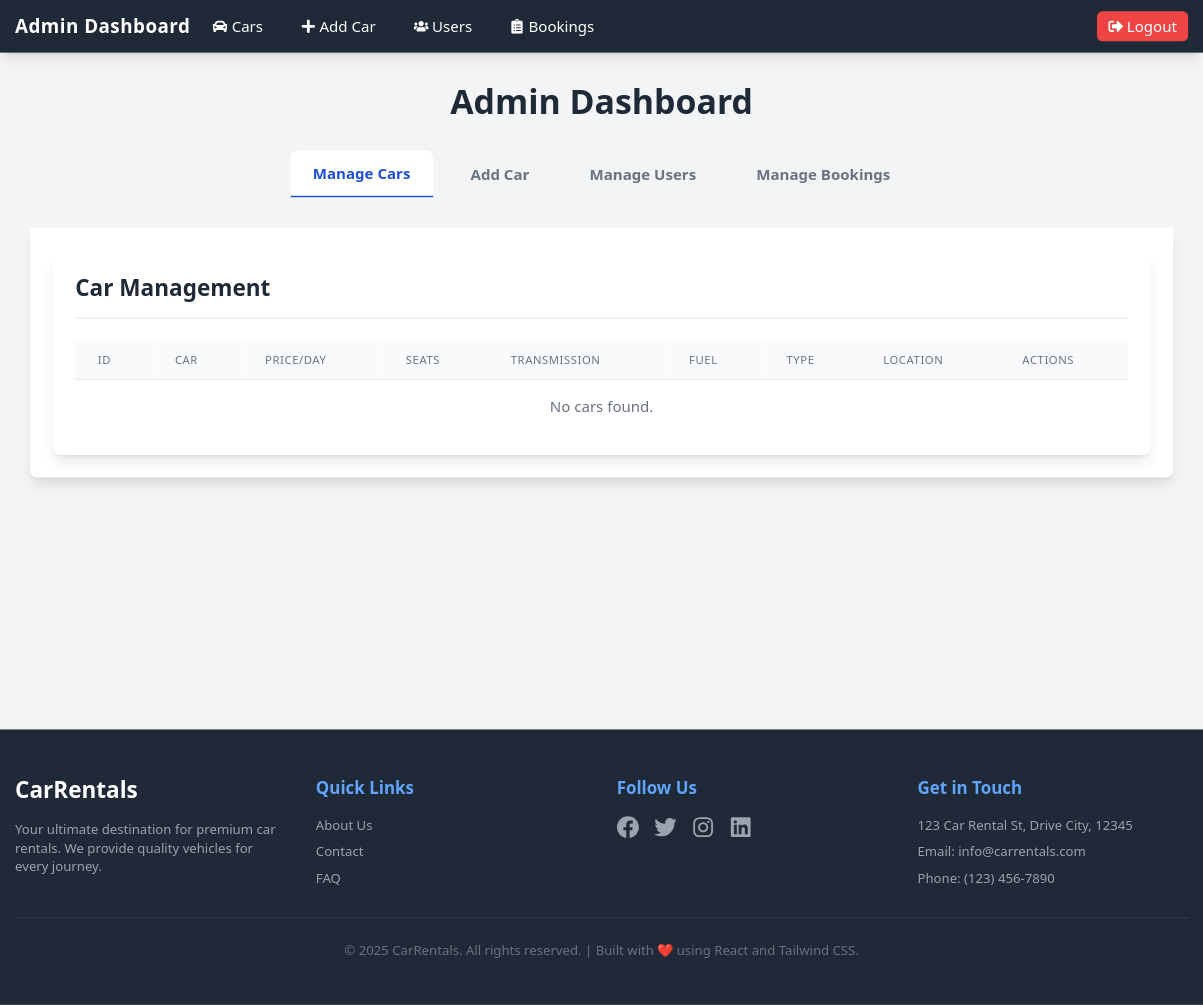
Repository: Daehy-peels/car-rental-app
Page: /admin (app in client/)
These files come from the project's save history. The page is drawn as it stood at one moment and after the next save; the edit follows.
The browser window is 1280 px wide. The pictures show the whole page, at 94% of full size.
The page's requests for data from a server got no answer. The project was rebuilt for these pictures with package versions that can differ from the ones it lists, and the page was loaded fresh each time. No one was signed in, and anything a server would have sent is missing. Also part of the build but not shown: client/vite.config.js, client/src/components/Hero.jsx, client/src/components/CarCard.jsx, client/src/components/FeaturedCars.jsx, client/src/components/Testimonials.jsx, client/src/components/CallToAction.jsx, client/src/pages/HomePage.jsx, client/src/components/UserList.jsx and 14 more.

Above is the page before, as saved 2025-08-25 12:37:50.

### client/src/main.jsx
// src/main.jsx
import React from "react";
import ReactDOM from "react-dom/client";
import App from "./App.jsx";
import { BrowserRouter } from "react-router-dom";

ReactDOM.createRoot(document.getElementById("root")).render(
  <React.StrictMode>
    <BrowserRouter>
      <App />
    </BrowserRouter>
  </React.StrictMode>
);

### client/src/App.jsx
// src/App.jsx
import React, { useState } from "react";
import { Routes, Route, useLocation } from "react-router-dom";
import HomePage from "./pages/HomePage";
import AdminDashboard from "./pages/AdminDashboard";
import BookingPage from "./pages/BookingPage";
import CarsPage from "./pages/CarsPage";
import ProfilePage from "./pages/ProfilePage";
import BookingDetailPage from "./pages/BookingDetailPage";
import CarDetailPage from "./pages/CarDetailPage";
import Navbar from "./components/Navbar";
import AdminNavbar from "./components/AdminNavbar";
import Footer from "./components/Footer";
import Modal from "./components/Modal";
import LoginForm from "./components/LoginForm";
import RegisterForm from "./components/RegisterForm";
import mainCarImage from "./assets/hero.jpg";
import { ToastContainer } from "react-toastify";
import "react-toastify/dist/ReactToastify.css";
import "./index.css";
// Import admin-specific components
import CarList from "./components/CarList";
import UserList from "./components/UserList";
import AddCarForm from "./components/AddCarForm";
import BookingList from "./components/BookingList";

function App() {
  const [showAuthModal, setShowAuthModal] = useState(false);
  const [isLoginView, setIsLoginView] = useState(true);
  const [currentUser, setCurrentUser] = useState(null);
  const location = useLocation();

  const isAdminRoute = location.pathname.startsWith("/admin");

  const handleOpenAuthModal = () => {
    setShowAuthModal(true);
  };

  const handleCloseAuthModal = () => {
    setShowAuthModal(false);
  };

  const handleLoginSuccess = (user) => {
    setCurrentUser(user);
    setShowAuthModal(false);
  };

  const handleRegistrationSuccess = (user) => {
    setIsLoginView(true);
  };

  const handleLogout = () => {
    setCurrentUser(null);
  };

  return (
    <div className="flex flex-col min-h-screen bg-background">
      {isAdminRoute ? (
        <AdminNavbar currentUser={currentUser} onLogout={handleLogout} />
      ) : (
        <Navbar
          onAuthClick={handleOpenAuthModal}
          currentUser={currentUser}
          onLogout={handleLogout}
        />
      )}
      <div className="flex-grow">
        <Routes>
          <Route
            path="/"
            element={
              <HomePage
                onAuthClick={handleOpenAuthModal}
                currentUser={currentUser}
              />
            }
          />
          <Route
            path="/cars"
            element={
              <CarsPage
                onAuthClick={handleOpenAuthModal}
                currentUser={currentUser}
              />
            }
          />
          <Route
            path="/cars/:carId"
            element={
              <CarDetailPage
                onAuthClick={handleOpenAuthModal}
                currentUser={currentUser}
              />
            }
          />
          <Route
            path="/book/:carId"
            element={<BookingPage currentUser={currentUser} />}
          />
          <Route
            path="/profile"
            element={
              <ProfilePage
                currentUser={currentUser}
                setCurrentUser={setCurrentUser}
              />
            }
          />
          <Route
            path="/profile/bookings/:bookingId"
            element={<BookingDetailPage currentUser={currentUser} />}
          />
          {/* Admin Routes with nested structure */}
          <Route path="/admin" element={<AdminDashboard />}>
            <Route index element={<CarList />} />{" "}
            {/* Default content for /admin */}
            <Route path="cars" element={<CarList />} />
            <Route path="add-car" element={<AddCarForm />} />
            <Route path="users" element={<UserList />} />
            <Route path="bookings" element={<BookingList />} />
          </Route>
        </Routes>
      </div>
      <Footer />
      {showAuthModal && (
        <Modal onClose={handleCloseAuthModal}>
          <div className="flex flex-col md:flex-row bg-white rounded-lg overflow-hidden">
            <div className="p-8 md:p-10 w-full md:w-1/2 flex items-center justify-center">
              <div className="max-w-md mx-auto">
                <h1 className="text-3xl font-bold text-text mb-6 text-center">
                  {isLoginView ? "Log In" : "Create an Account"}
                </h1>
                {isLoginView ? (
                  <LoginForm onLoginSuccess={handleLoginSuccess} />
                ) : (
                  <RegisterForm
                    onRegistrationSuccess={handleRegistrationSuccess}
                  />
                )}
                <div className="text-center mt-6">
                  <button
                    onClick={() => setIsLoginView(!isLoginView)}
                    className="text-primary hover:underline"
                  >
                    {isLoginView
                      ? "Need an account? Register here."
                      : "Already have an account? Log in here."}
                  </button>
                </div>
              </div>
            </div>
            <div className="hidden md:block md:w-1/2">
              <img
                src={mainCarImage}
                alt="A stylish car"
                className="object-cover w-full h-full"
              />
            </div>
          </div>
        </Modal>
      )}
      <ToastContainer
        position="top-center"
        autoClose={3000}
        hideProgressBar={false}
        newestOnTop={false}
        closeOnClick
        rtl={false}
        pauseOnFocusLoss
        draggable
        pauseOnHover
      />
    </div>
  );
}

export default App;

### client/src/pages/AdminDashboard.jsx
// src/pages/AdminDashboard.jsx
import React, { useState } from "react";
import UserList from "../components/UserList";
import CarList from "../components/CarList";
import AddCarForm from "../components/AddCarForm";
import BookingList from "../components/BookingList"; // Import the new component

const AdminDashboard = () => {
  const [activeTab, setActiveTab] = useState("cars");

  const renderContent = () => {
    switch (activeTab) {
      case "cars":
        return <CarList />;
      case "addCar":
        return <AddCarForm />;
      case "users":
        return <UserList />;
      case "bookings": // New case for bookings
        return <BookingList />;
      default:
        return null;
    }
  };

  return (
    <div className="bg-gray-100 min-h-screen p-8">
      <div className="container mx-auto">
        <h1 className="text-4xl font-bold text-center text-gray-800 mb-8">
          Admin Dashboard
        </h1>

        {/* Tab Navigation */}
        <div className="flex justify-center space-x-4 mb-8">
          <button
            onClick={() => setActiveTab("cars")}
            className={`py-3 px-6 rounded-t-lg font-semibold transition-colors ${
              activeTab === "cars"
                ? "bg-white text-primary border-b-2 border-primary"
                : "text-gray-500 hover:text-gray-700"
            }`}
          >
            Manage Cars
          </button>
          <button
            onClick={() => setActiveTab("addCar")}
            className={`py-3 px-6 rounded-t-lg font-semibold transition-colors ${
              activeTab === "addCar"
                ? "bg-white text-primary border-b-2 border-primary"
                : "text-gray-500 hover:text-gray-700"
            }`}
          >
            Add Car
          </button>
          <button
            onClick={() => setActiveTab("users")}
            className={`py-3 px-6 rounded-t-lg font-semibold transition-colors ${
              activeTab === "users"
                ? "bg-white text-primary border-b-2 border-primary"
                : "text-gray-500 hover:text-gray-700"
            }`}
          >
            Manage Users
          </button>
          <button
            onClick={() => setActiveTab("bookings")} // New button for bookings
            className={`py-3 px-6 rounded-t-lg font-semibold transition-colors ${
              activeTab === "bookings"
                ? "bg-white text-primary border-b-2 border-primary"
                : "text-gray-500 hover:text-gray-700"
            }`}
          >
            Manage Bookings
          </button>
        </div>

        {/* Content based on active tab */}
        <div className="bg-white rounded-b-lg shadow-lg p-6">
          {renderContent()}
        </div>
      </div>
    </div>
  );
};

export default AdminDashboard;

### client/src/components/AdminNavbar.jsx
// src/components/AdminNavbar.jsx
import React from "react";
import { Link, NavLink } from "react-router-dom";
import {
  FaCar,
  FaUsers,
  FaClipboardList,
  FaSignOutAlt,
  FaPlus,
} from "react-icons/fa";

const AdminNavbar = ({ currentUser, onLogout }) => {
  return (
    <nav className="bg-gray-800 text-white shadow-lg sticky top-0 z-50">
      <div className="container mx-auto px-4 py-3 flex justify-between items-center">
        <div className="flex items-center space-x-4">
          <Link
            to="/admin"
            className="text-xl font-bold tracking-wide hover:text-primary transition-colors"
          >
            Admin Dashboard
          </Link>
          <div className="hidden md:flex items-center space-x-6">
            <NavLink
              to="/admin/cars"
              className={({ isActive }) =>
                `flex items-center space-x-1 py-1 px-2 rounded-md transition-colors ${
                  isActive
                    ? "bg-gray-700 text-primary"
                    : "text-white hover:bg-gray-700"
                }`
              }
            >
              <FaCar />
              <span>Cars</span>
            </NavLink>
            <NavLink
              to="/admin/add-car" // New link for adding cars
              className={({ isActive }) =>
                `flex items-center space-x-1 py-1 px-2 rounded-md transition-colors ${
                  isActive
                    ? "bg-gray-700 text-primary"
                    : "text-white hover:bg-gray-700"
                }`
              }
            >
              <FaPlus />
              <span>Add Car</span>
            </NavLink>
            <NavLink
              to="/admin/users"
              className={({ isActive }) =>
                `flex items-center space-x-1 py-1 px-2 rounded-md transition-colors ${
                  isActive
                    ? "bg-gray-700 text-primary"
                    : "text-white hover:bg-gray-700"
                }`
              }
            >
              <FaUsers />
              <span>Users</span>
            </NavLink>
            <NavLink
              to="/admin/bookings"
              className={({ isActive }) =>
                `flex items-center space-x-1 py-1 px-2 rounded-md transition-colors ${
                  isActive
                    ? "bg-gray-700 text-primary"
                    : "text-white hover:bg-gray-700"
                }`
              }
            >
              <FaClipboardList />
              <span>Bookings</span>
            </NavLink>
          </div>
        </div>
        <div className="flex items-center space-x-4">
          <span className="text-sm font-medium text-gray-300">
            {currentUser?.username}
          </span>
          <button
            onClick={onLogout}
            className="flex items-center space-x-1 bg-red-500 hover:bg-red-600 px-3 py-1 rounded-md transition-colors"
          >
            <FaSignOutAlt />
            <span>Logout</span>
          </button>
        </div>
      </div>
    </nav>
  );
};

export default AdminNavbar;

### client/src/components/Footer.jsx
// src/components/Footer.jsx
import React from "react";
import { FaFacebook, FaTwitter, FaInstagram, FaLinkedin } from "react-icons/fa";

const Footer = () => {
  return (
    // Removed the mt-12 class
    <footer className="bg-text text-white py-12">
      <div className="container mx-auto px-4 text-center md:text-left">
        <div className="grid grid-cols-1 md:grid-cols-4 gap-8">
          {/* Logo and About Section */}
          <div className="col-span-1">
            <p className="text-2xl font-bold mb-4">CarRentals</p>
            <p className="text-sm text-gray-400">
              Your ultimate destination for premium car rentals. We provide
              quality vehicles for every journey.
            </p>
          </div>

          {/* Quick Links */}
          <div className="col-span-1">
            <h4 className="text-lg font-semibold mb-4 text-accent">
              Quick Links
            </h4>
            <ul className="space-y-2 text-sm">
              <li>
                <a
                  href="#"
                  className="text-gray-400 hover:text-white transition-colors"
                >
                  About Us
                </a>
              </li>
              <li>
                <a
                  href="#"
                  className="text-gray-400 hover:text-white transition-colors"
                >
                  Contact
                </a>
              </li>
              <li>
                <a
                  href="#"
                  className="text-gray-400 hover:text-white transition-colors"
                >
                  FAQ
                </a>
              </li>
            </ul>
          </div>

          {/* Social Media Links */}
          <div className="col-span-1">
            <h4 className="text-lg font-semibold mb-4 text-accent">
              Follow Us
            </h4>
            <div className="flex justify-center md:justify-start space-x-4">
              <a
                href="#"
                className="text-gray-400 hover:text-white transition-colors transform hover:scale-110"
              >
                <FaFacebook size={24} />
              </a>
              <a
                href="#"
                className="text-gray-400 hover:text-white transition-colors transform hover:scale-110"
              >
                <FaTwitter size={24} />
              </a>
              <a
                href="#"
                className="text-gray-400 hover:text-white transition-colors transform hover:scale-110"
              >
                <FaInstagram size={24} />
              </a>
              <a
                href="#"
                className="text-gray-400 hover:text-white transition-colors transform hover:scale-110"
              >
                <FaLinkedin size={24} />
              </a>
            </div>
          </div>

          {/* Contact Info */}
          <div className="col-span-1">
            <h4 className="text-lg font-semibold mb-4 text-accent">
              Get in Touch
            </h4>
            <p className="text-sm text-gray-400">
              123 Car Rental St, Drive City, 12345
            </p>
            <p className="text-sm text-gray-400 mt-2">
              Email: info@carrentals.com
            </p>
            <p className="text-sm text-gray-400 mt-2">Phone: (123) 456-7890</p>
          </div>
        </div>

        <div className="border-t border-gray-700 mt-8 pt-6">
          <p className="text-sm text-gray-500 text-center">
            &copy; {new Date().getFullYear()} CarRentals. All rights reserved. |
            Built with ❤️ using React and Tailwind CSS.
          </p>
        </div>
      </div>
    </footer>
  );
};

export default Footer;

### client/src/index.css
/* client/src/index.css */
@tailwind base;
@tailwind components;
@tailwind utilities;

Loaded but not shown: client/index.html (common file); client/src/services/api.js (336 lines, source omitted); client/tailwind.config.js (63 lines, source omitted); client/src/components/CarList.jsx (269 lines, source omitted)

After the next save:
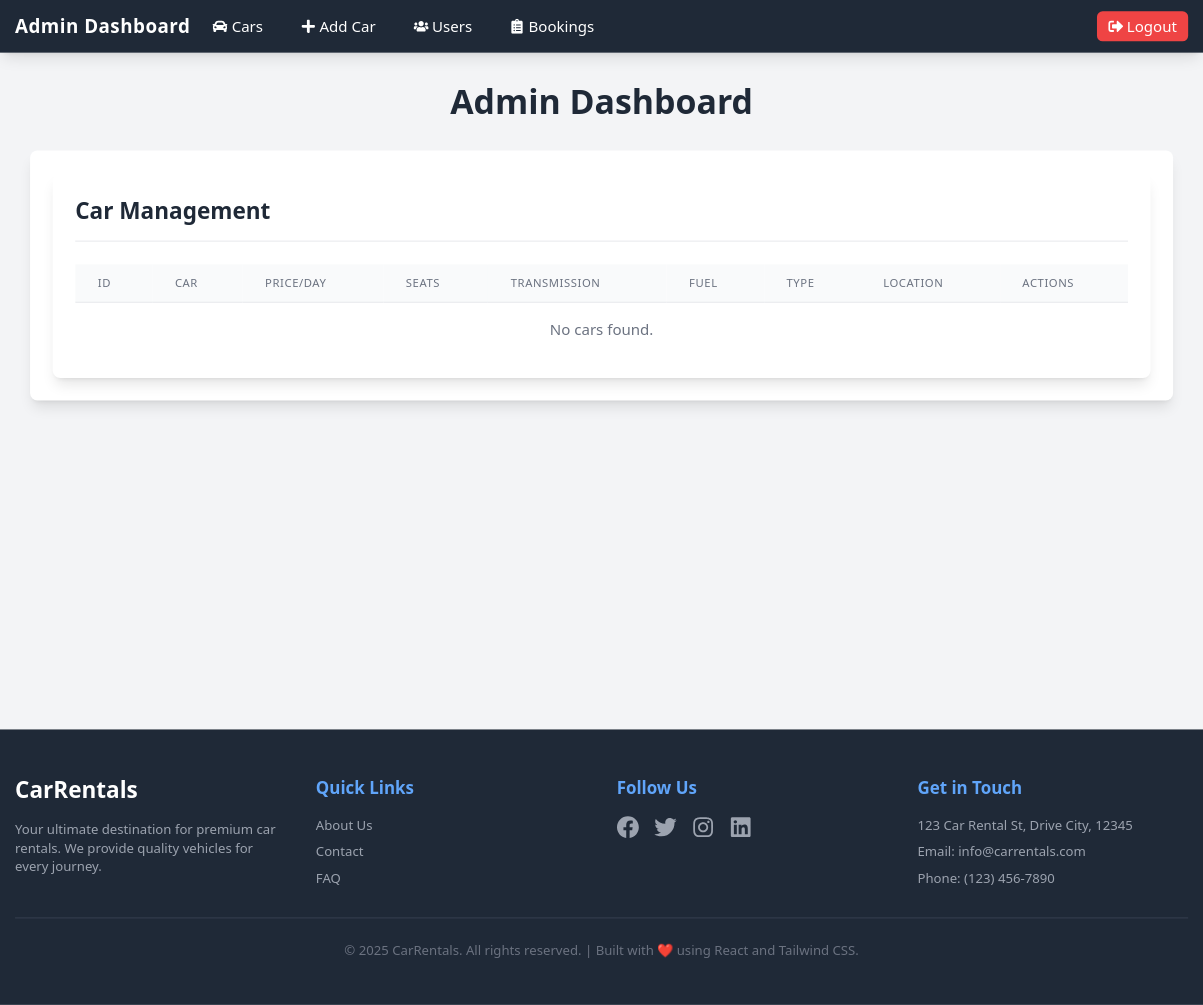
Saved 18 s later.
--- a/client/src/pages/AdminDashboard.jsx
+++ b/client/src/pages/AdminDashboard.jsx
@@ -1,28 +1,8 @@
 // src/pages/AdminDashboard.jsx
-import React, { useState } from "react";
-import UserList from "../components/UserList";
-import CarList from "../components/CarList";
-import AddCarForm from "../components/AddCarForm";
-import BookingList from "../components/BookingList"; // Import the new component
+import React from "react";
+import { Outlet } from "react-router-dom"; // Import Outlet
 
 const AdminDashboard = () => {
-  const [activeTab, setActiveTab] = useState("cars");
-
-  const renderContent = () => {
-    switch (activeTab) {
-      case "cars":
-        return <CarList />;
-      case "addCar":
-        return <AddCarForm />;
-      case "users":
-        return <UserList />;
-      case "bookings": // New case for bookings
-        return <BookingList />;
-      default:
-        return null;
-    }
-  };
-
   return (
     <div className="bg-gray-100 min-h-screen p-8">
       <div className="container mx-auto">
@@ -30,53 +10,9 @@ const AdminDashboard = () => {
           Admin Dashboard
         </h1>
 
-        {/* Tab Navigation */}
-        <div className="flex justify-center space-x-4 mb-8">
-          <button
-            onClick={() => setActiveTab("cars")}
-            className={`py-3 px-6 rounded-t-lg font-semibold transition-colors ${
-              activeTab === "cars"
-                ? "bg-white text-primary border-b-2 border-primary"
-                : "text-gray-500 hover:text-gray-700"
-            }`}
-          >
-            Manage Cars
-          </button>
-          <button
-            onClick={() => setActiveTab("addCar")}
-            className={`py-3 px-6 rounded-t-lg font-semibold transition-colors ${
-              activeTab === "addCar"
-                ? "bg-white text-primary border-b-2 border-primary"
-                : "text-gray-500 hover:text-gray-700"
-            }`}
-          >
-            Add Car
-          </button>
-          <button
-            onClick={() => setActiveTab("users")}
-            className={`py-3 px-6 rounded-t-lg font-semibold transition-colors ${
-              activeTab === "users"
-                ? "bg-white text-primary border-b-2 border-primary"
-                : "text-gray-500 hover:text-gray-700"
-            }`}
-          >
-            Manage Users
-          </button>
-          <button
-            onClick={() => setActiveTab("bookings")} // New button for bookings
-            className={`py-3 px-6 rounded-t-lg font-semibold transition-colors ${
-              activeTab === "bookings"
-                ? "bg-white text-primary border-b-2 border-primary"
-                : "text-gray-500 hover:text-gray-700"
-            }`}
-          >
-            Manage Bookings
-          </button>
-        </div>
-
-        {/* Content based on active tab */}
-        <div className="bg-white rounded-b-lg shadow-lg p-6">
-          {renderContent()}
+        {/* Content will be rendered here based on the URL */}
+        <div className="bg-white rounded-lg shadow-lg p-6">
+          <Outlet />
         </div>
       </div>
     </div>
